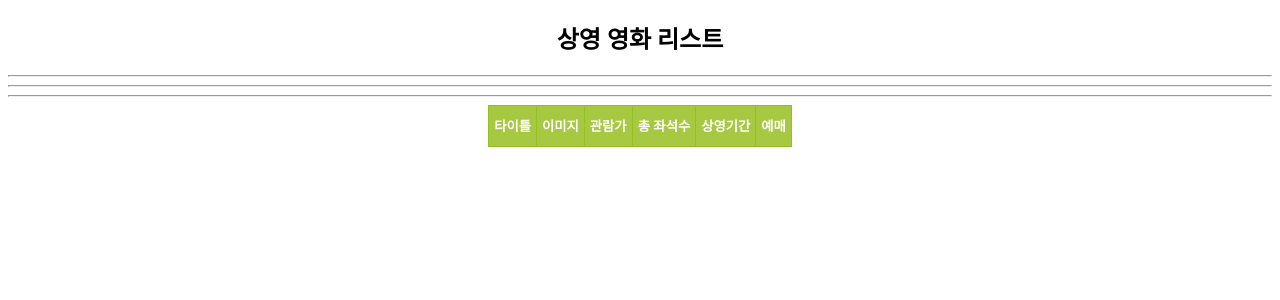
Repository: lmcoa15/Movie
Page: http://localhost/movie/user/user_list.jsp
An editor plug-in stored every save of this project. The page is shown before and after the next save, followed by the edit.
The browser window is 1280 px wide. The pictures show the whole page.
The page is served by Tomcat 9.

Above is the page before, as saved 2015-12-07 06:49:34.

After the next save:
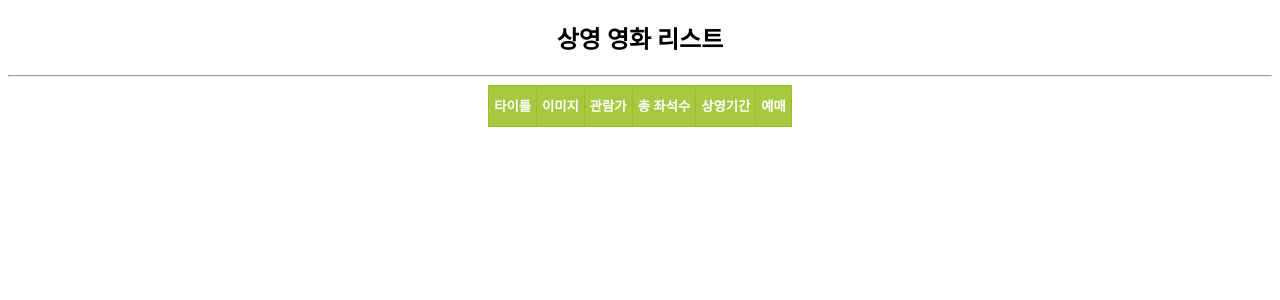
Saved 15 s later.
--- a/workspace/movie/WebContent/user/user_list.jsp
+++ b/workspace/movie/WebContent/user/user_list.jsp
@@ -15,9 +15,7 @@
 
 <div align="center">
 <h2>상영 영화 리스트</h2>
-<hr>
 
-<hr>
 <form name=form1 method=post  action="../admin/film_control.jsp">
 
 
